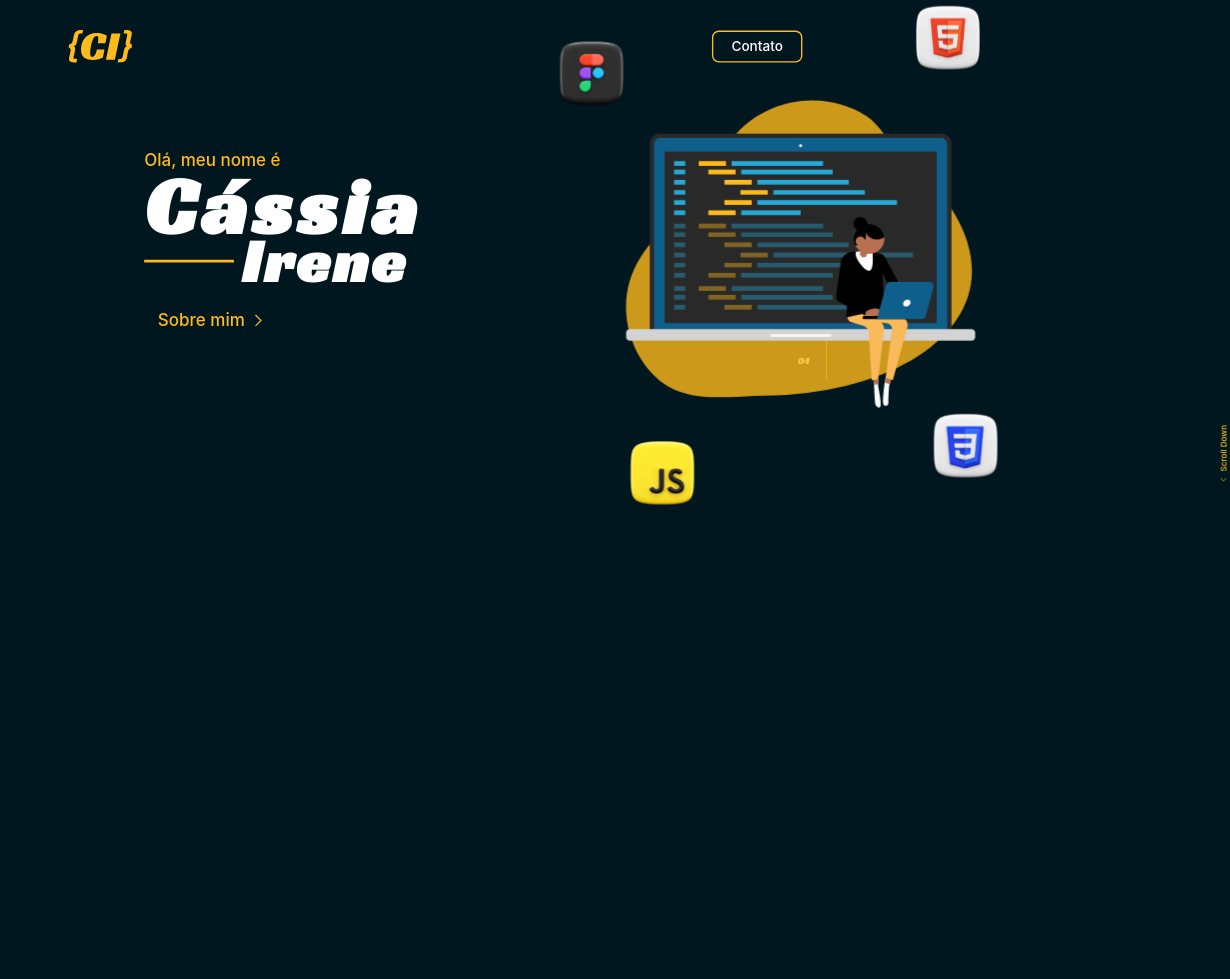
Repository: Cassia-Irene/My-Portfolio
Page: /
The author's editor kept a copy of each file at every save. The page is drawn from the files as they stood at one save, then again after the next save.
The browser window is 1280 px wide. The page is 1809 px wide, so the pictures cover 1809 px, including what lies to the right of the window. The pictures show the whole page, at 68% of full size.
The project was rebuilt for these pictures with package versions that can differ from the ones it lists, and the page was loaded fresh each time. Also part of the build but not shown: vite.config.ts.

Above is the page before, as saved 2025-08-03 22:08:29.

After the next save:
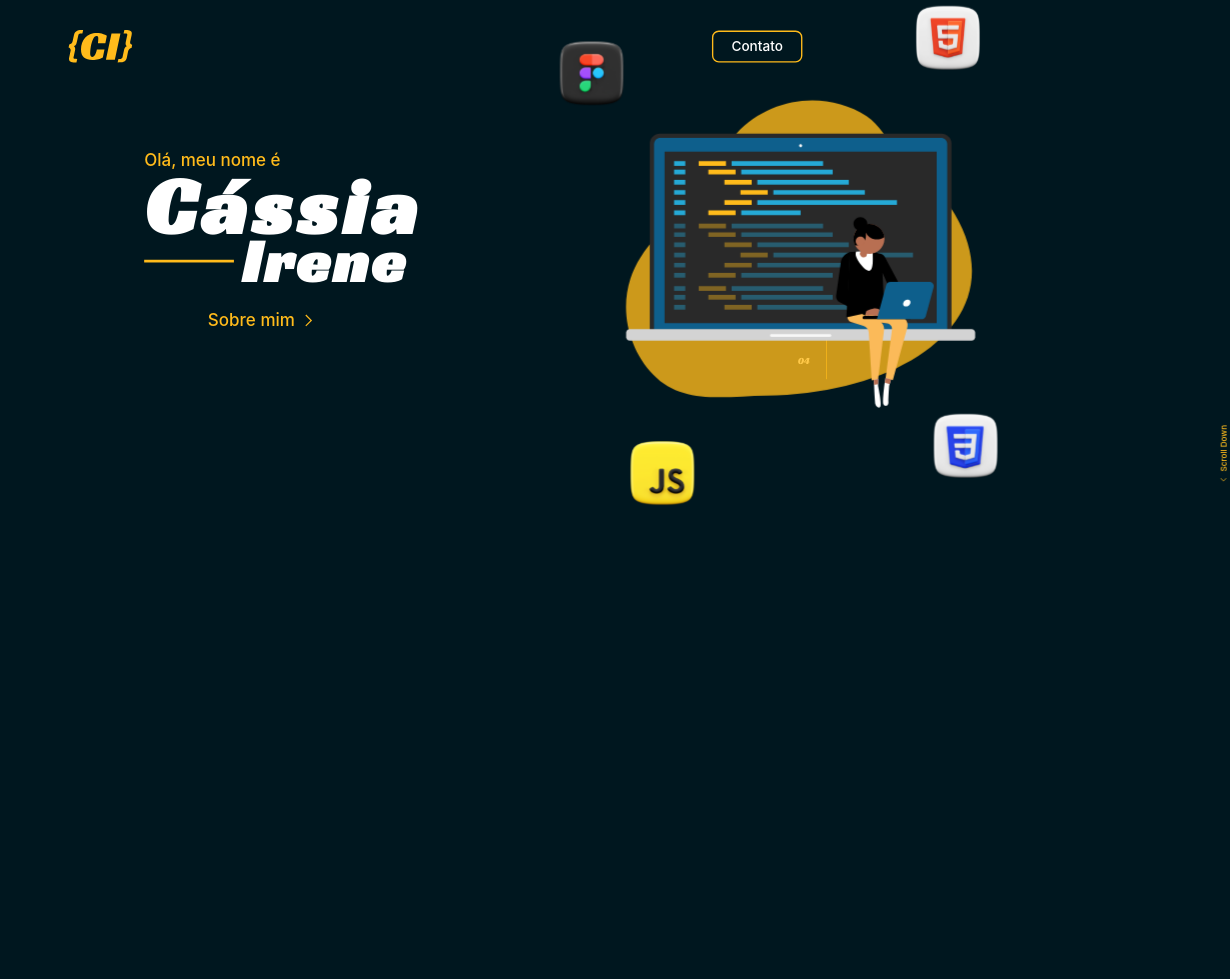
Saved 7 s later.
--- a/src/Hero.tsx
+++ b/src/Hero.tsx
@@ -71,7 +71,7 @@ const AboutArrowIcon = styled.img`
 const AboutButton = styled.button`
   display: flex;
   position: relative;
-  left: 22%;
+  left: 40%;
   align-items: center;
   background: transparent;
   padding: 10px 20px;
